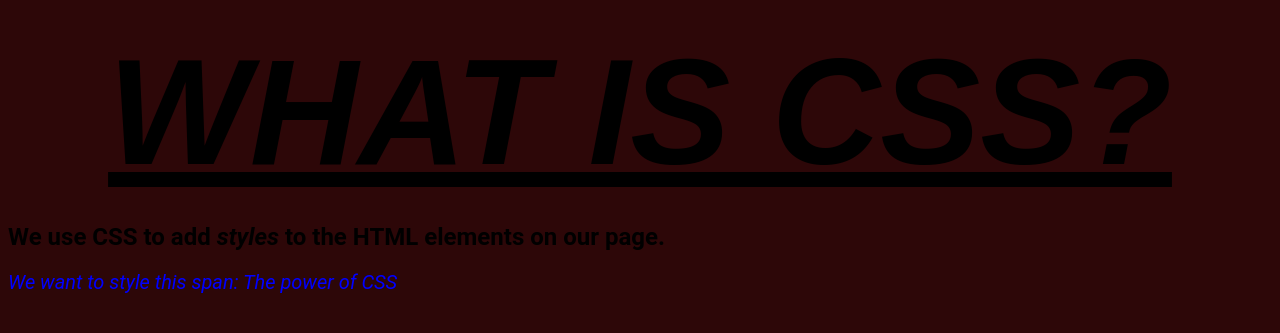
Repository: 3EyEdRav3n/10-2020-cohort-course
Page: week-1/day-3/index.html
These files come from the project's save history. The page is drawn as it stood at one moment and after the next save; the edit follows.
The browser window is 1280 px wide. The pictures show the whole page.

Above is the page before, as saved 2020-10-28 22:20:51.

### week-1/day-3/index.html
<!DOCTYPE html>
<html lang="en">
  <head>
    <meta charset="UTF-8" />
    <meta name="viewport" content="width=device-width, initial-scale=1.0" />
    <link rel="stylesheet" href="./style.css" />
    <title>Document</title>
  </head>
  <body>
    <h1>What is CSS?</h1>
    <h2>We use CSS to add <em>styles</em> to the HTML elements on our page.</h2>

    <p>We want to style this span: <span>The power of CSS</span></p>
  </body>
</html>

### week-1/day-3/style.css

body {
  background-color: rgb(45, 7, 8);
  font-family: 'Roboto', sans-serif;
}

p {
  color: blue; /* Styles! */
  font-size: 20px;
  font-style: italic;
  line-height: 22px;
}

h1{
  /* left, center, right, bottom, top */
  text-align: center;
  text-transform: uppercase;
  text-decoration: underline;
  line-height: 22px;
  font-weight: bold;
  font-style: italic;
  font-family: sans-serif;
  font-size:150px;
}

After the next save:
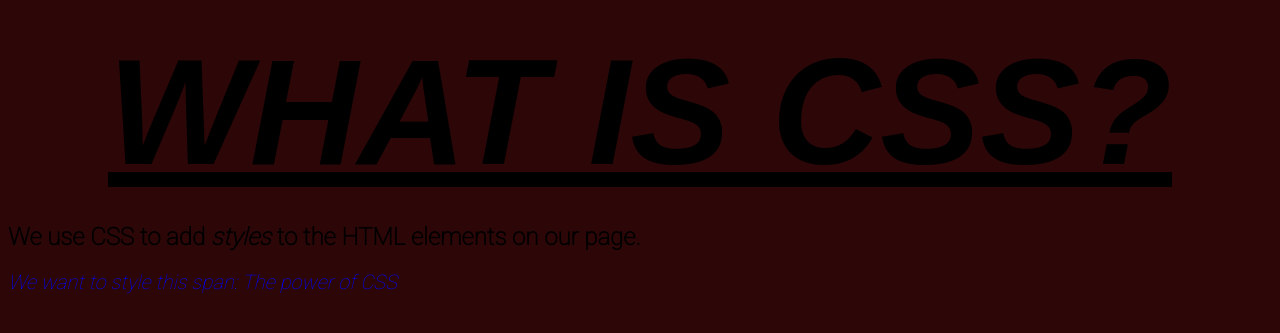
Saved 3 s later.
--- a/week-1/day-3/index.html
+++ b/week-1/day-3/index.html
@@ -4,6 +4,10 @@
     <meta charset="UTF-8" />
     <meta name="viewport" content="width=device-width, initial-scale=1.0" />
     <link rel="stylesheet" href="./style.css" />
+    <link
+      href="https://fonts.googleapis.com/css2?family=Roboto:wght@100&display=swap"
+      rel="stylesheet"
+    />
     <title>Document</title>
   </head>
   <body>
